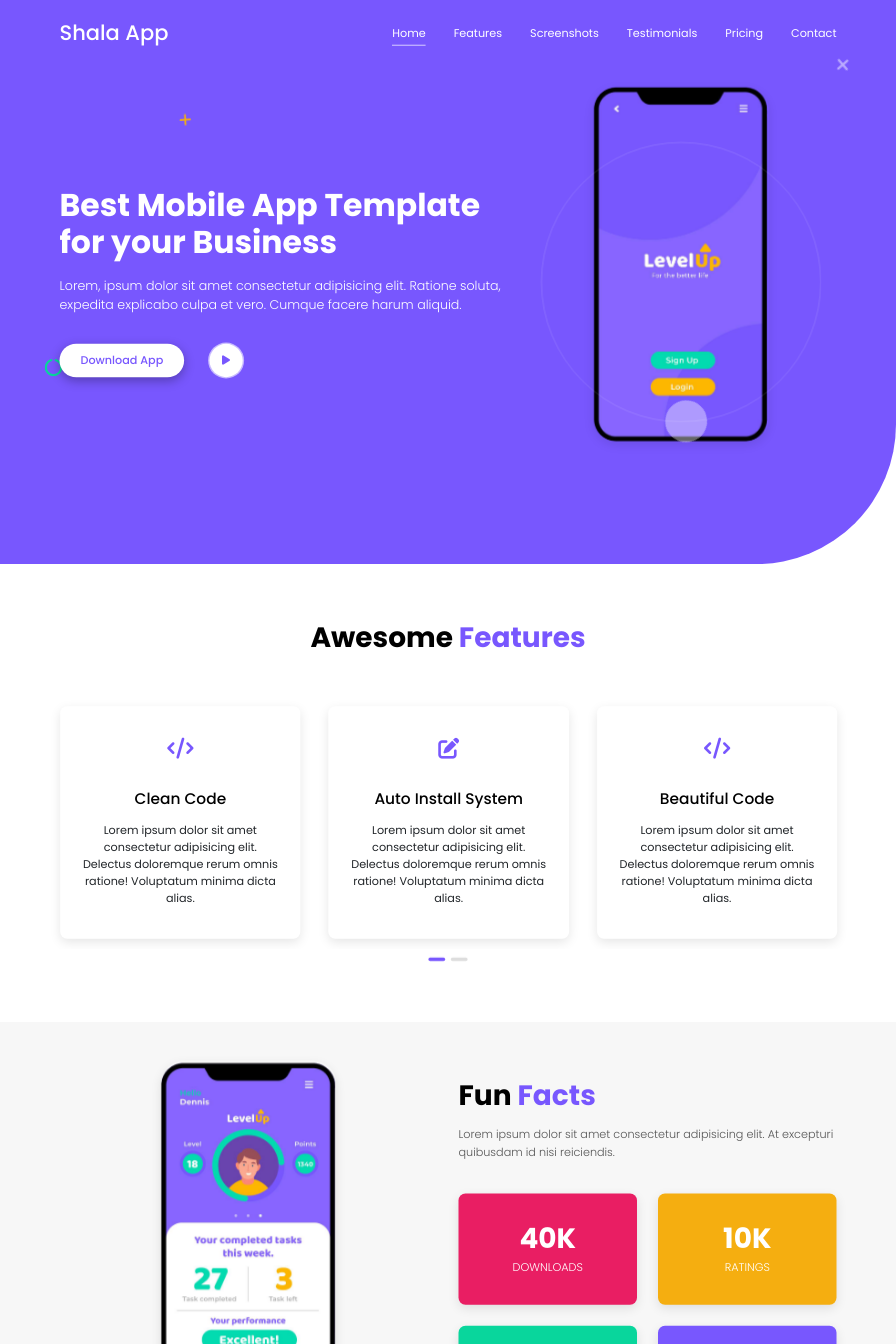
Repository: Mohamed-Hema/Shala-App
Page: index.html
These files come from the project's save history. The page is drawn as it stood at one moment and after the next save; the edit follows.
The browser window is 1280 px wide. The pictures show the part of the page from y = 0 to 1920 px (the page is 3164 px tall before and 2969 px after), at 70% of full size.
Some web libraries are served in a nearby version.

Above is the page before, as saved 2021-02-19 17:21:46.

### index.html
<!DOCTYPE html>
<html lang="zxx">
<head>
  <title>Shala - App Landing Page</title>
  <meta charset="utf-8">
  <meta name="viewport" content="width=device-width, initial-scale=1">
  <!-- owl carousel css -->
  <link rel="stylesheet" href="css/owl.carousel.min.css">
  <!-- font awesome icons -->
  <script src="https://kit.fontawesome.com/794108ad0e.js" crossorigin="anonymous"></script>
  <!-- bootstrap css -->
  <link rel="stylesheet" href="css/bootstrap.min.css">
  <!-- main css -->
  <link rel="stylesheet" href="css/style.css">
</head>
<body>

  <!-- Start NavBar -->
  <nav class="navbar navbar-expand-md fixed-top">
    <div class="container">
      <!-- Brand -->
      <a class="navbar-brand" href="#">Shala App</a>

      <!-- Toggler/collapsibe Button -->
      <button class="navbar-toggler" type="button" data-toggle="collapse" data-target="#collapsibleNavbar">
        <span class="navbar-toggler-icon"></span>
      </button>

      <!-- Navbar links -->
      <div class="collapse navbar-collapse" id="collapsibleNavbar">
        <ul class="navbar-nav ml-auto">
          <li class="nav-item">
            <a class="nav-link active" href="#">Home</a>
          </li>
          <li class="nav-item">
            <a class="nav-link" href="#">Features</a>
          </li>
          <li class="nav-item">
            <a class="nav-link" href="#">Screenshots</a>
          </li>
          <li class="nav-item">
            <a class="nav-link" href="#">Testimonials</a>
          </li>
          <li class="nav-item">
            <a class="nav-link" href="#">Pricing</a>
          </li>
          <li class="nav-item">
            <a class="nav-link" href="#">Contact</a>
          </li>
        </ul>
      </div>
    </div>
  </nav>

  <!-- End NavBar -->
  <!-- Start Home Section -->
  <section class="home d-flex align-items-center">
    <div class="effect-wrap">
      <i class="fas fa-plus effect effect-1"></i>
      <i class="fas fa-plus effect effect-2"></i>
      <i class="fas fa-circle-notch effect effect-3"></i>
    </div>
    <div class="container">
      <div class="row align-items-center">
        <div class="col-md-7">
          <div class="home-text">
            <h1>Best Mobile App Template for your Business</h1>
            <p>Lorem, ipsum dolor sit amet consectetur adipisicing elit. Ratione soluta, expedita explicabo culpa et vero. Cumque facere harum aliquid.</p>
            <div class="home-btn">
              <a href="#" class="btn btn-1">Download App</a>
              <button type="button" class="btn btn-1 video-play-btn">
                <i class="fas fa-play"></i>
              </button>
            </div>
          </div>
        </div>
        <div class="col-md-5 text-center">
          <div class="home-img">
            <div class="circle"></div>
            <img src="img/app-screenshots/1.png" alt="First App Screen">
          </div>
        </div>
      </div>
    </div>
  </section>
  <!-- End Home Section -->
  <!-- Start Video PopUp -->
  <div class="video-popup">
    <div class="video-popup-inner">
      <i class="fas fa-times video-popup-close"></i>
      <div class="iframe-box">
        <iframe id="player-1" src="https://www.youtube.com/embed/o1eY1MPcRQs" allow="accelerometer; autoplay; clipboard-write; encrypted-media; gyroscope; picture-in-picture" allowfullscreen></iframe>
      </div>
    </div>
  </div>
  <!-- End Video PopUP -->
  <!-- Start Features Section -->
  <section class="features section-padding">
    <div class="container">
      <div class="row justify-content-center">
        <div class="col-lg-8">
          <div class="section-title">
            <h2>Awesome <span>Features</span></h2>
          </div>
        </div>
      </div>
      <div class="row">
        <div class="owl-carousel features-carousel">
          <div class="feature-item">
            <div class="icon"><i class="fas fa-code"></i></div>
            <h3>Clean Code</h3>
            <p>Lorem ipsum dolor sit amet consectetur adipisicing elit. Delectus doloremque rerum omnis ratione! Voluptatum minima dicta alias.</p>
          </div>
          <div class="feature-item">
            <div class="icon"><i class="fas fa-edit"></i></div>
            <h3>Auto Install System</h3>
            <p>Lorem ipsum dolor sit amet consectetur adipisicing elit. Delectus doloremque rerum omnis ratione! Voluptatum minima dicta alias.</p>
          </div>
          <div class="feature-item">
            <div class="icon"><i class="fas fa-code"></i></div>
            <h3>Beautiful Code</h3>
            <p>Lorem ipsum dolor sit amet consectetur adipisicing elit. Delectus doloremque rerum omnis ratione! Voluptatum minima dicta alias.</p>
          </div>
          <div class="feature-item">
            <div class="icon"><i class="fas fa-check"></i></div>
            <h3>Fast Load App</h3>
            <p>Lorem ipsum dolor sit amet consectetur adipisicing elit. Delectus doloremque rerum omnis ratione! Voluptatum minima dicta alias.</p>
          </div>
          <div class="feature-item">
            <div class="icon"><i class="fas fa-desktop"></i></div>
            <h3>Responsive Design</h3>
            <p>Lorem ipsum dolor sit amet consectetur adipisicing elit. Delectus doloremque rerum omnis ratione! Voluptatum minima dicta alias.</p>
          </div>

        </div>
      </div>
    </div>
  </section>

  <!-- End Features Section -->
  <!-- Start Fun Facts Section -->
  <section class="fun-facts section-padding">
    <div class="container">
      <div class="row">
        <div class="col-lg-6 col-md-5 d-flex align-items-center justify-content-center">
          <div class="fun-facts-img">
            <img src="img/app-screenshots/2.png" alt="Fun Facts">
          </div>
        </div>
        <div class="col-lg-6 col-md-7">
          <div class="section-title">
            <h2>Fun <span>Facts</span></h2>
          </div>
          <div class="fun-facts-text">
            <p>Lorem ipsum dolor sit amet consectetur adipisicing elit. At excepturi quibusdam id nisi reiciendis.</p>
            <div class="row">
              <div class="col-sm-6">
                <div class="fun-fact-item style-1">
                  <h3>40K</h3>
                  <span>Downloads</span>
                </div>
              </div>
              <div class="col-sm-6">
                <div class="fun-fact-item style-2">
                  <h3>10K</h3>
                  <span>Ratings</span>
                </div>
              </div>
              <div class="col-sm-6">
                <div class="fun-fact-item style-3">
                  <h3>5K</h3>
                  <span>Monthly Users</span>
                </div>
              </div>
              <div class="col-sm-6">
                <div class="fun-fact-item style-4">
                  <h3>150</h3>
                  <span>Awards</span>
                </div>
              </div>
            </div>
            </div>
          </div>
        </div>
      </div>
    </div>
  </section>

  <!-- End Fun Facts Section -->
  <!-- Start App Screenshots Section -->
  <section class="app-screenshots section-padding">
    <div class="container">
      <div class="row justify-content-center">
        <div class="col-lg-8">
          <div class="section-title">
            <h2>App <span>Screenshots</span></h2>
          </div>
        </div>
      </div>
      <div class="row">
        <div class="owl-carousel screensots-carousel">
          <div class="screenshots-item">
            <img src="img/app-screenshots/1.png" alt="Screenshot">
          </div>
          <div class="screenshots-item">
            <img src="img/app-screenshots/2.png" alt="Screenshot">
          </div>
          <div class="screenshots-item">
            <img src="img/app-screenshots/3.png" alt="Screenshot">
          </div>

        </div>
      </div>
    </div>
  </section>

  <!-- End App Screenshots Section -->

<!-- jquery js -->
<script src="js/jquery.min.js"></script>
<!-- popper js -->
<script src="js/popper.min.js"></script>
<!-- bootstrap js -->
<script src="js/bootstrap.min.js"></script>
<!-- owl carousel js -->
<script src="js/owl.carousel.min.js"></script>
<!-- ScrollIt js -->
<script src="js/scrollIt.min.js"></script>
<!-- main js -->
<script src="js/main.js"></script>
</body>
</html>

### css/style.css
/* Start Global Styles */
@import url('https://fonts.googleapis.com/css2?family=Poppins:wght@300;400;500;600;700;800;900&display=swap');

*{
    margin: 0;
    padding: 0;
    outline: none!important;
}

:root{
    --main-color: #7857fe;
    --color-1: #e91e63;
    --color-2: #f5ae10;
    --color-3: #09d69c;
    --bg-dark: #2b2c2f;
    --main-to-dark-color: var(--main-color);
    --dark-to-main-color: var(--bg-dark);
    --shadow-black-100: 0 5px 15px rgba(0,0,0,.1);
    --shadow-black-300: 0 5px 15px rgba(0,0,0,.3);
    --black-900: #000;
    --black-400: #555555;
    --black-100: #f7f7f7;
    --black-000: #fff;
    --black-alpha-100: rgba(0,0,0,0.05);
}

body{
    font-family: 'Poppins', sans-serif;
    font-size: 16px;
    font-weight: 400;
    overflow-x: hidden;
    background-color: #fff;
    line-height: 1.5;
}
img{
    max-width: 100%;
    vertical-align: middle;
}
ul{
    list-style: none;
}
.btn-1{
    background-color: #fff;
    padding: 12px 30px;
    border: none;
    border-radius: 30px;
    color: var(--main-color);
    font-size: 16px;
    transition: all .5s ease;
    box-shadow: var(--shadow-black-300);
    font-weight: 500;
}
.btn-1:focus{
    box-shadow: var(--shadow-black-300);
}
.btn-1:hover{
    color: #fff;
    background-color: var(--main-color);
}
@keyframes spin_01{
    0%{
        transform: rotate(0deg);
    }
    100%{
        transform: rotate(360deg);
    }
}
@keyframes bounceTop_01{
    0%, 100%{
        transform: translateY(-30px);
    }
    50%{
        transform: translateY(0px);
    }
}
@keyframes pulse_01{
    0%{
        transform: scale(0.94);
        box-shadow: 0 0 0 0 rgba(255,255,255,0.7);
    }
    70%{
        transform: scale(1);
        box-shadow: 0 0 0 12px rgba(255,255,255,0);
    }
    100%{
        transform: scale(0.94);
        box-shadow: 0 0 0 0 rgba(255, 255, 255, 0);
    }
}
.effect-wrap .effect{
    position: absolute;
    z-index: -1;
}
.effect-wrap .effect-1{
    left: 20%;
    top: 20%;
    font-size: 20px;
    color: var(--color-2);
    animation: spin_01 5s linear infinite;
}
.effect-wrap .effect-2{
    right: 5%;
    top: 10%;
    font-size: 25px;
    color: rgba(255, 255, 255, .5);
    animation: spin_01 7s linear infinite;
}
.effect-wrap .effect-3{
    left: 5%;
    bottom: 30%;
    font-size: 25px;
    color: var(--color-3);
    animation: bounceTop_01 3s linear infinite;
}
.section-padding{
    padding: 80px 0;
}
.section-title h2{
    font-size: 40px;
    color: var(--black-900);
    font-weight: 700;
    text-align: center;
    margin: 0;
}
.section-title{
    margin-bottom: 60px;
}
.section-title h2 span{
    color: var(--main-color);
}
.owl-carousel .owl-dots{
    color: var(--main-color);
}
.owl-carousel .owl-dots{
    text-align: center;
}
.owl-carousel .owl-dots .active{
    background-color: var(--main-color);
}
.owl-carousel button.owl-dot{
    height: 5px;
    width: 24px;
    background-color: #ddd;
    display: inline-block;
    margin: 0 4px;
    border-radius: 5px;
}
/* End Global Styles */
/* Start Navbar */
.navbar{
    background-color: transparent;
    padding: 20px 0;
    transition: all .5s ease;
}
.navbar.navbar-shrink{
    box-shadow: 0 10px 10px rgba(0, 0, 0, .1);
    background-color: var(--main-color);
    padding: 10px 0;
}
.navbar > .container{
    padding: 0 15px;
}
.navbar .navbar-brand{
    font-size: 30px;
    color: #fff;
    font-weight: 500;
}
.navbar .nav-item{
    margin-left: 40px;
}
.navbar .nav-item .nav-link{
    color: #fff;
    font-size: 16px;
    font-weight: 400;
    padding: 5px 0;
    position: relative;
}
.navbar .nav-item .nav-link::before{
    content: '';
    position: absolute;
    left: 0;
    right: 0;
    bottom: 0;
    height: 1px;
    background-color: #fff;
    transition: all .5s ease;
    transform: scale(0);
}
.navbar .nav-item .nav-link.active::before,
.navbar .nav-item .nav-link:hover::before{
    transform: scale(1);
}
.navbar .nav-item .nav-link:hover.active::before{
    transform: scale(0);
}
/* End Navbar */
/* Start Home Section */
.home{
    min-height: 100vh;
    padding: 150px 0;
    background-color: var(--main-to-dark-color);
    border-radius: 0 0 200px 0;
    position: relative;
    z-index: 1;
}
.home-text h1{
    font-size: 45px;
    font-weight: 700;
    color: #fff;
    margin: 0 0 20px;
}
.home-text p{
    font-size: 18px;
    line-height: 28px;
    color: #fff;
    margin: 0;
    font-weight: 300;
}
.home .home-btn{
    margin-top: 40px;
}
.home .home-btn .video-play-btn:hover{
    animation: none;
    box-shadow: var(--shadow-black-300);
}
.home .home-btn .video-play-btn{
    margin-left: 30px;
    height: 50px;
    width: 50px;
    padding: 0;
    font-size: 16px;
    animation: pulse_01 2s ease infinite;
}
.home .home-btn .video-play-btn i{
    line-height: 50px;
}
.home-img img{
    max-width: 250px;
    width: 100%;
    box-shadow: var(--shadow-black-100);
    border-radius: 32px;
    animation: bounceTop_01 3s ease infinite;
}

.home-img{
    position: relative;
}
.home-img .circle{
    position: absolute;
    z-index: 1;
    height: 400px;
    width: 400px;
    border: 1px solid rgba(255, 255, 255, .2);
    border-radius: 50%;
    top: 50%;
    left: 50%;
    transform: translate(-50%, -50%);
}
.home-img .circle::before{
    content: '';
    position: absolute;
    height: 60px;
    width: 60px;
    background-color: rgba(255, 255, 255, .4);
    border-radius: 50%;
    left: 30px;
    top: 30px;
    transform-origin: 170px 170px;
    animation: spin_01 10s linear infinite;
}
/* Video PopUP */
.video-popup{
    padding: 30px;
    position: fixed;
    left: 0;
    top: 0;
    width: 100%;
    height: 100%;
    z-index: 1999;
    background-color: rgba(0,0,0,.7);
    display: flex;
    align-items: center;
    justify-content: center;
    opacity: 0;
    visibility: hidden;
    transition: all .5s ease;
}
.video-popup.open{
    opacity: 1;
    visibility: visible;
}
.video-popup-inner{
    width: 100%;
    max-width: 900px;
    position: relative;
}
.video-popup .video-popup-close{
    position: absolute;
    right: 0;
    top: -30px;
    height: 30px;
    width: 30px;
    font-size: 16px;
    text-align: center;
    line-height: 30px;
    cursor: pointer;
    color: #fff;

}
.video-popup .iframe-box{
    height: 0;
    overflow-x: hidden;
    padding-top: 56.25%;
}
.video-popup #player-1 {
    position: absolute;
    left: 0;
    top: 0;
    width: 100%;
    height: 100%;
    border: 0;
}
/* End Home Section */
/* Start Features Section */
.features .feature-item{
    box-shadow: var(--shadow-black-100);
    margin: 15px;
    padding: 30px;
    border-radius: 10px;
    text-align:center;
    position: relative;
    z-index: 1;
    overflow: hidden;
}
.features .feature-item::after,
.features .feature-item::before{
    content: '';
    position: absolute;
    z-index: -1;
    border-radius: 50%;
    transition: all .5s ease;
    opacity: 0;
}
.features .feature-item::before{
    height: 20px;
    width: 20px;
    background-color: var(--color-1);
    left: -20px;
    top: 40%;
}
.features .feature-item::after{
    height: 30px;
    width: 30px;
    background-color: var(--color-2);
    left: -30px;
    top: 80%;
}
.features .feature-item .icon{
    height: 60px;
    width: 60px;
    margin: 0 auto 30px;
    text-align: center;
    font-size: 30px;
    color: var(--main-color);
    position: relative;
    z-index: 1;
    transition: all .5s ease;
    cursor: pointer;
}
.features .feature-item .icon::before{
    content: '';
    position: absolute;
    left: 100%;
    top: 0;
    width: 100%;
    height: 100%;
    background-color: var(--main-color);
    transition: all .5s ease;
    z-index: -1;
    opacity: 0;
}
.features .feature-item:hover .icon{
    color: #fff;
    font-size: 20px;
}
.features .feature-item:hover .icon::before{
    left: 0;
    border-radius: 50%;
    opacity: 1;

}
.features .feature-item .icon i{
    line-height: 60px;
}
.features .feature-item h3{
    font-size: 22px;
    margin: 0 0 20px;
    color: var(--black-900);
    font-weight: 500;
}
.features .feature-item .icon p{
    font-size: 16px;
    line-height: 26px;
    font-weight: 300;
    color: var(--black-400);
    margin: 0 0 15px;
}
/* End Features Section */
/* Start Fun Facts Section */
.fun-facts{
    background-color: var(--black-100);
}
.fun-facts-img img{
    max-width: 250px;
    width: 100%;
    box-shadow: var(--shadow-black-100);
    border-radius: 32px;
    animation: bounceTop_01 3s ease infinite;
}
.fun-facts .section-title{
    margin-bottom: 20px;
}

.fun-facts .section-title h2{
    text-align: left;
}
.fun-facts-text p{
    font-size: 16px;
    line-height: 26px;
    color: var(--black-400);
    margin: 0 0 15px;
    font-weight: 300;
}
.fun-fact-item{
    padding: 40px 30px;
    text-align: center;
    box-shadow: var(--shadow-black-100);
    border-radius: 10px;
    margin-top: 30px;
    color: #fff;
}
.fun-fact-item h3{
    font-size: 40px;
    font-weight: 700;
    margin: 0 0 5px;
}
.fun-fact-item span{
    font-size: 16px;
    text-transform: uppercase;
    font-weight: 300;
    margin: 0;
    line-height: 26px;
    display: block;
}
.fun-fact-item.style-1{
    background-color: var(--color-1);
}
.fun-fact-item.style-2{
    background-color: var(--color-2);
}
.fun-fact-item.style-3{
    background-color: var(--color-3);
}
.fun-fact-item.style-4{
    background-color: var(--main-color);
}
/* End Fun Facts Section */
/* Start App Screenshots Section */
.screenshot-item{
    margin: 15px;
}
.screenshot-item img{
    width: 100%;
    max-width: 250px;
    display: block;
    margin: auto;
}

/* End App Screenshots Section */

### js/main.js
// import $ from "jQuery";
$(document).ready(function() {
    // NavBar Shrink
    $(window).on("scroll", function() {
        if($(this).scrollTop() > 90) {
            $(".navbar").addClass("navbar-shrink");
        } else {
            $(".navbar").removeClass("navbar-shrink");
        }
    });
    // Video popUP
    const vdeoSrc = $("#player-1").attr("src");
    $(".video-play-btn, .video-popup").on("click", function() {
        if($(".video-popup").hasClass("open")) {
            $(".video-popup").removeClass("open");
            $("#player-1").attr("src", "");
        } else {
            $(".video-popup").addClass("open");
            if($("#player-1").attr("src")==''){
                $("#player-1").attr("src", videoSrc);
            }
        }
    });
    // Features Carousel
    $('.features-carousel').owlCarousel({
        loop:true,
        margin:10,
        responsiveClass:true,
        responsive:{
            0:{
                items:1,
            },
            600:{
                items:2,
            },
            1000:{
                items:3,

            }
        }
    })

    // App ScreenShots Carousel
    $('.screensots-carousel').owlCarousel({
        loop:true,
        margin:10,
        responsiveClass:true,
        responsive:{
            0:{
                items:1,
            },
            600:{
                items:2,
            },
            1000:{
                items:3,

            }
        }
    })
});

Loaded but not shown: css/owl.carousel.min.css (library); css/bootstrap.min.css (library); js/jquery.min.js (library); js/popper.min.js (library); js/bootstrap.min.js (library); js/owl.carousel.min.js (library); js/scrollIt.min.js (common file)

After the next save:
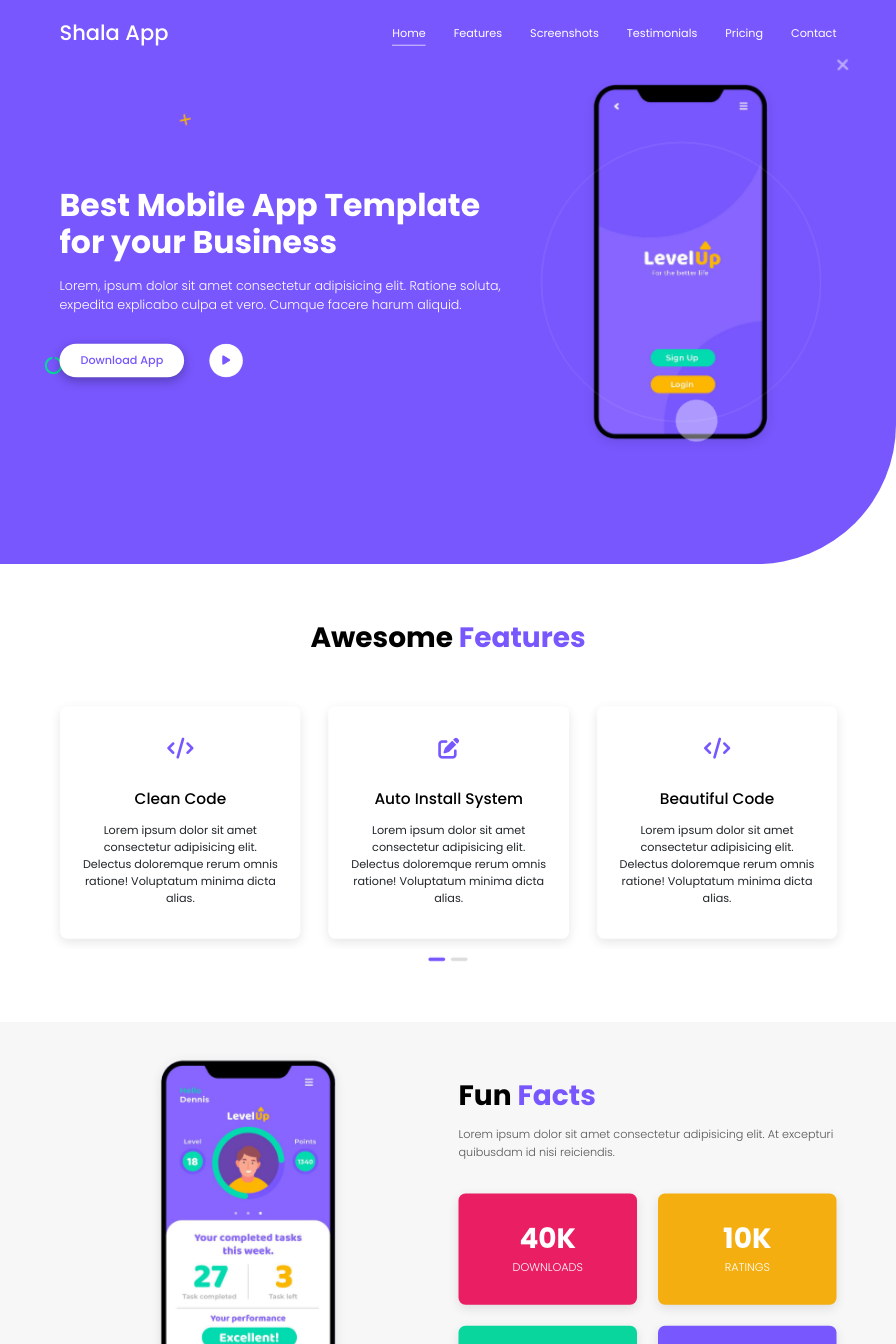
Saved 4 s later.
--- a/js/main.js
+++ b/js/main.js
@@ -53,7 +53,7 @@ $(document).ready(function() {
                 items:2,
             },
             1000:{
-                items:3,
+                items:4,
 
             }
         }
